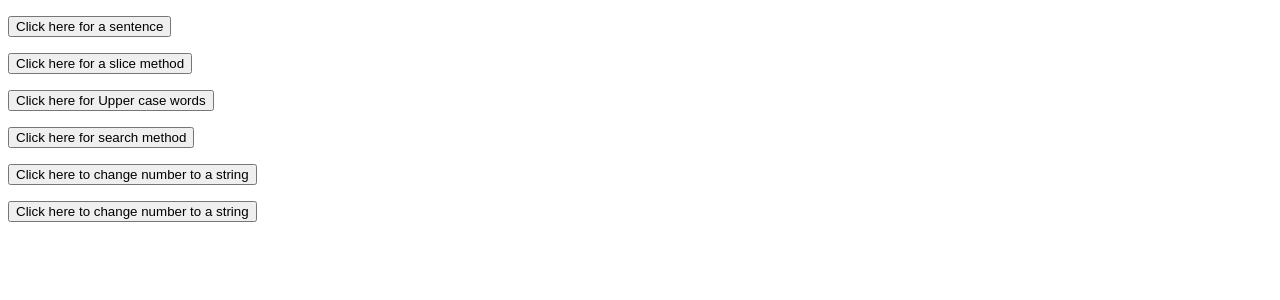
Repository: andyd71/Javascript-Projects
Page: Basic Javascript Projects/Project8_string_methods/index.html
The author's editor kept a copy of each file at every save. The page is drawn from the files as they stood at one save, then again after the next save.
The browser window is 1280 px wide. The pictures show the whole page.

Above is the page before, as saved 2021-03-04 12:12:18.

### Basic Javascript Projects/Project8_string_methods/index.html
<!doctype html>
<html lang="en">
  <head>
    <!-- Required meta tags -->
    <meta charset="utf-8">
    <meta name="viewport" content="width=device-width, initial-scale=1, shrink-to-fit=no">
    <script src="JS/main.js"></script>
  </head>
  <body>
      <p id="Concatenate"></p>
      <button onclick="full_Sentence()">Click here for a sentence</button>

      <p id="Slice"></p>
      <button onclick="slice_Method()">Click here for a slice method</button>

      <p id="Capitals"></p>
      <button onclick="capitals()">Click here for Upper case words</button>

      <p id="Look"></p>
      <button onclick="lookUp()">Click here for search method</button>

      <p id="Numbers_to_str"></p>
      <button onclick="str_Method()">Click here to change number to a string</button>

      <p id="Precision"></p>
      <button onclick="precision_Method()">Click here to change number to a string</button>
</body>
</html>

### Basic Javascript Projects/Project8_string_methods/JS/main.js
function full_Sentence() {//creating a function.
    //below are 3 variables called part_1, part_2, and part_3.
    var part_1 = "You must remember this, ";
    var part_2 = "a kiss is just a kiss, ";
    var part_3 = "a smile is just a smile.";
    var whole_sentence = part_1.concat(part_2, part_3);//creating another variable to concatenate the previous 3 variables together using the "concat" method.
    document.getElementById("Concatenate").innerHTML = whole_sentence;//displaying the result.
}

function slice_Method() {//creating a function.
    var Sentence = "Liverpool are the greatest team in the world!";//creating a variable with the value of a string.
    var Section = Sentence.slice(15,25)//creating another variable that uses the slice method.
    document.getElementById("Slice").innerHTML = Section;//displaying the result.
}

function capitals() {//creating a function.
    var str = "Another day, another dollar";//creating a variable with a string.
    var res = str.toUpperCase();//creating another variable with the toUpperCase method.
    document.getElementById("Capitals").innerHTML = res;//displaying the result.
}

function lookUp() {//creating a function.
    var str1 = "Who let the dogs out";//creating a variable with a string.
    var look = str1.search("dogs");//creating another variable with the search method.
    document.getElementById("Look").innerHTML = look;//displaying the result.

}

function str_Method() {
    var X = 56;
    document.getElementById("Numbers_to_str").innerHTML = X.toString();
}

function precision_Method() {
    var Y = 14532.56748;
    document.getElementById("Precision").innerHTML = Y.toPrecision(5);
}

After the next save:
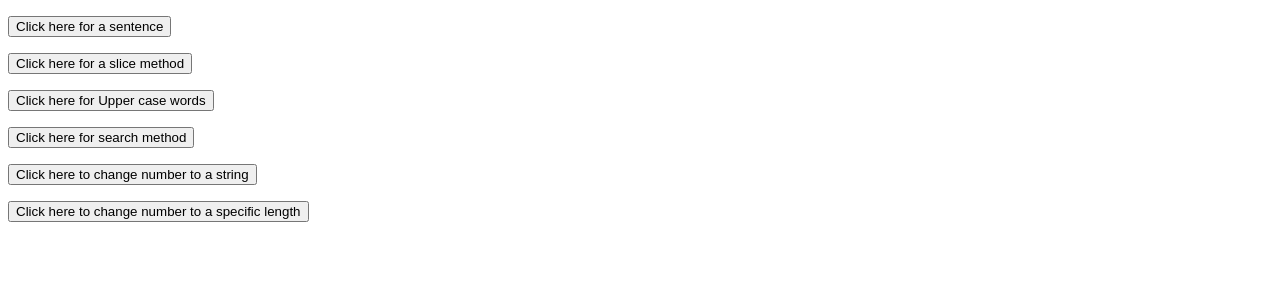
Saved 67 s later.
--- a/Basic Javascript Projects/Project8_string_methods/index.html
+++ b/Basic Javascript Projects/Project8_string_methods/index.html
@@ -23,6 +23,6 @@
       <button onclick="str_Method()">Click here to change number to a string</button>
 
       <p id="Precision"></p>
-      <button onclick="precision_Method()">Click here to change number to a string</button>
+      <button onclick="precision_Method()">Click here to change number to a specific length</button>
 </body>
 </html>
